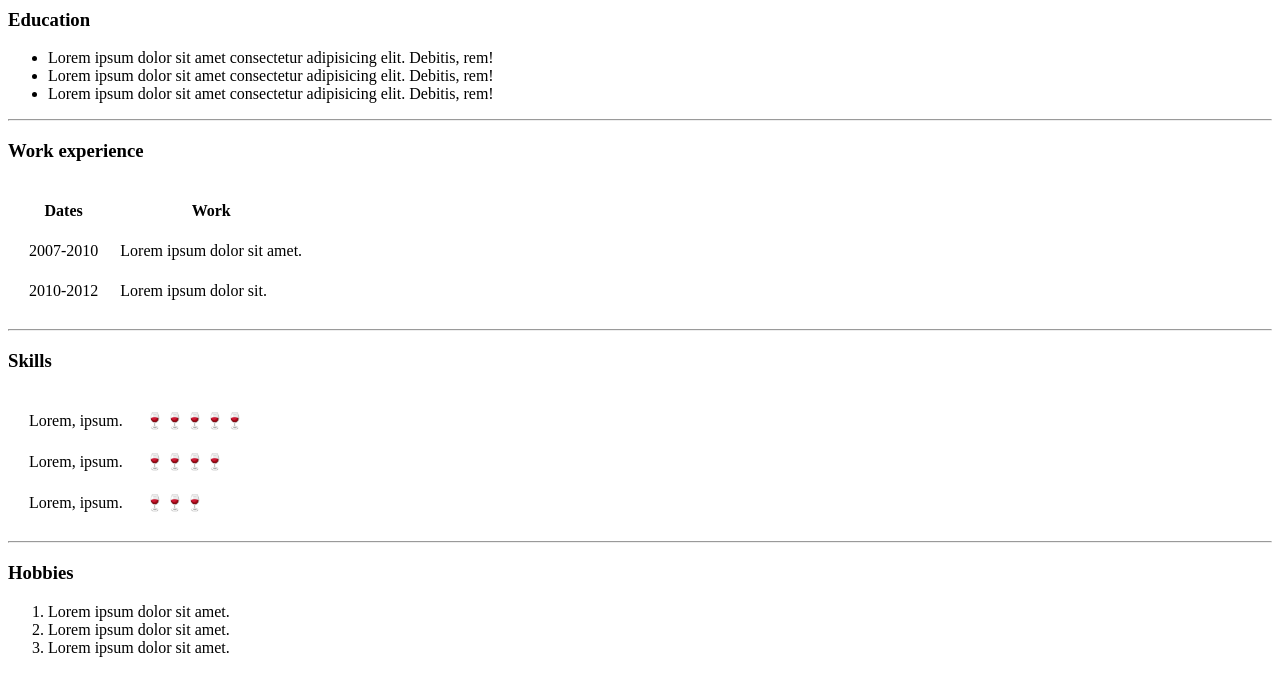
Repository: Isanderr/simple_landing_page-1
Page: index.html
The author's editor kept a copy of each file at every save. The page is drawn from the files as they stood at one save, then again after the next save.
The browser window is 1280 px wide. The pictures show the part of the page from y = 354 to 1070 px (the page is 1027 px tall before and 1070 px after).
A picture or video elsewhere on the page could not be fetched, so the positions and the page height are approximate.

Above is the page before, as saved 2019-01-28 23:19:46.

After the next save:
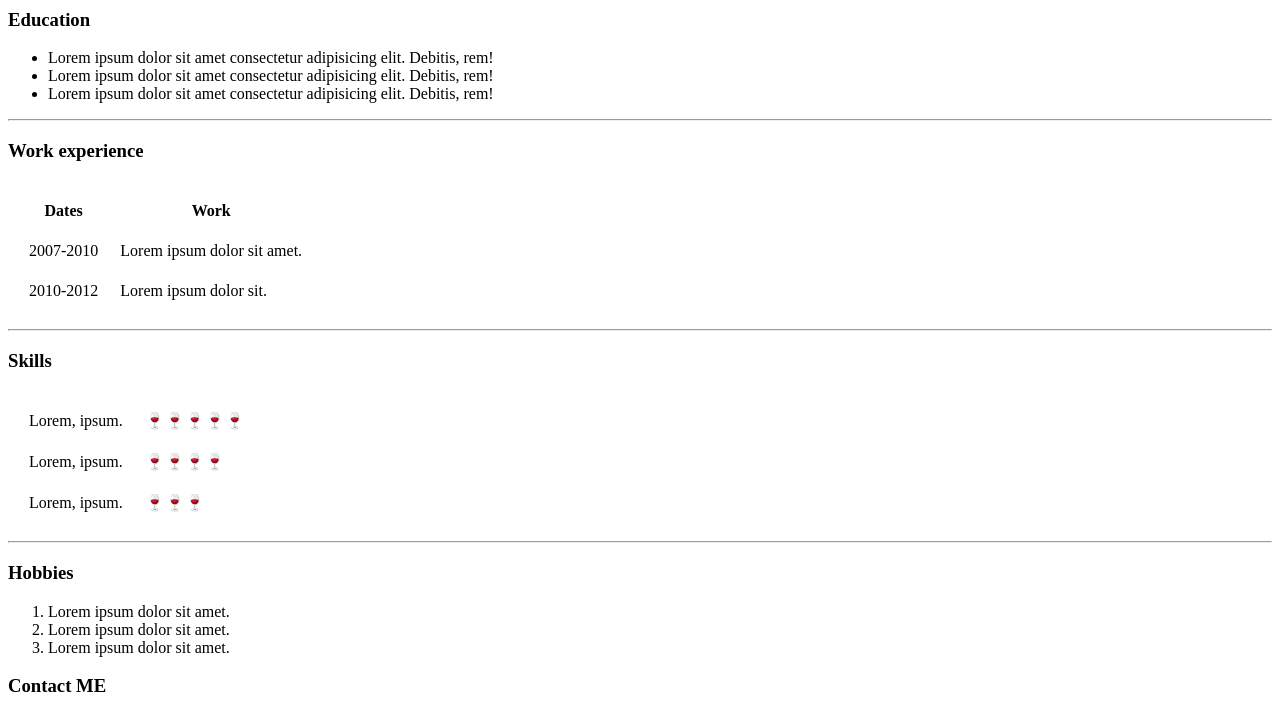
Saved 40 s later.
--- a/index.html
+++ b/index.html
@@ -69,6 +69,7 @@
             <li>Lorem ipsum dolor sit amet.</li>
             <li>Lorem ipsum dolor sit amet.</li>
         </ol>
+        <h3>Contact ME</h3>
     </body>
 
 </html>
